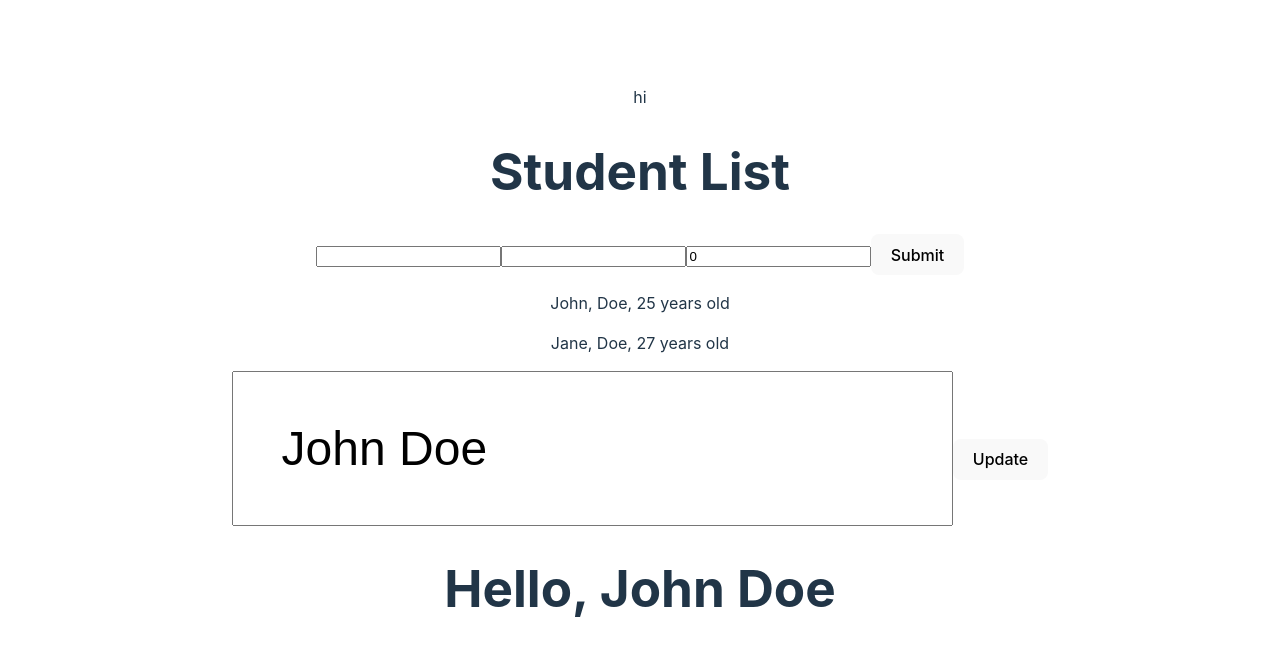
Repository: Jennica1/FRONT_END_WEEK06
Page: / (app in react/)
The author's editor kept a copy of each file at every save. The page is drawn from the files as they stood at one save, then again after the next save.
The browser window is 1280 px wide. The pictures show the whole page.
The project was rebuilt for these pictures with package versions that can differ from the ones it lists, and the page was loaded fresh each time. Also part of the build but not shown: react/vite.config.js.

Above is the page before, as saved 2024-10-10 11:56:22.

After the next save:
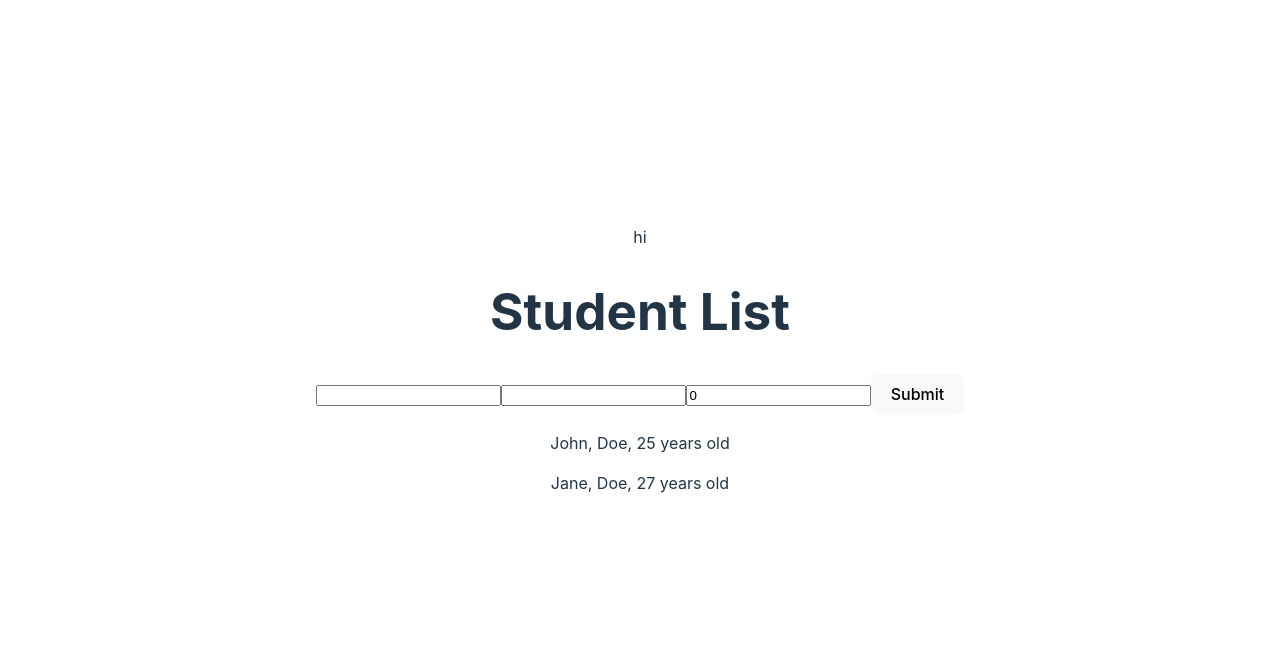
Saved 9 min 11 s later.
--- a/react/src/components/TaskForm.jsx
+++ b/react/src/components/TaskForm.jsx
@@ -75,18 +75,9 @@ function TaskForm() {
         <button>Submit</button>
       </form>
       {studentListUI}
-      <form onSubmit={handleSubmit} >
-        <input
-          type="text"
-          name="name"
-          value={name}
-          onChange={handleChange}
-          style={{ fontSize: '3em', padding: '1em' }}
-        />
-        <button>Update</button>
-      </form>
-      <h1>Hello, {name}</h1>
-      <Tile />
+
+
+
     </>
   )
 }
